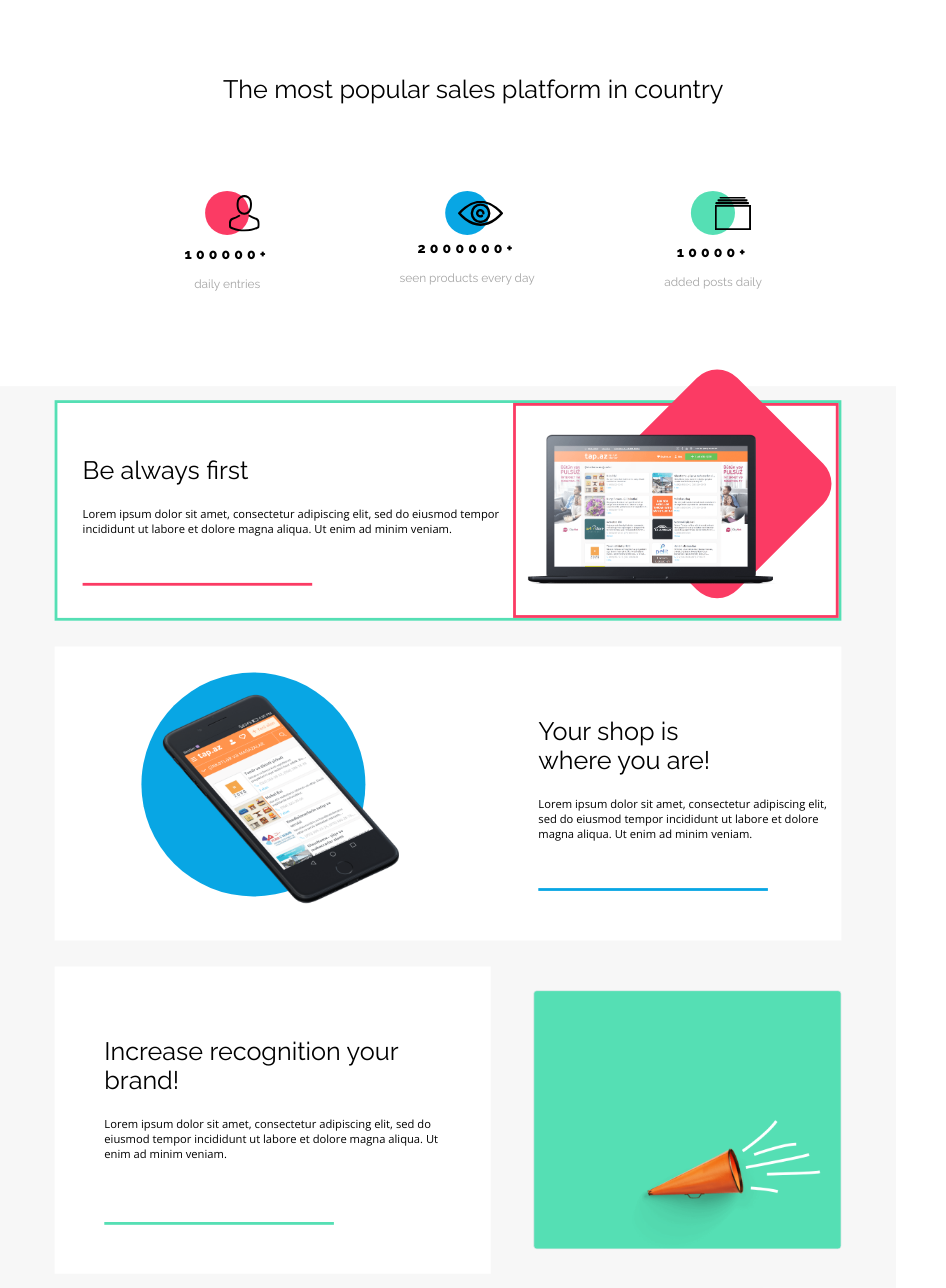
Repository: Widzisz/bestshop-website
Page: index.html
These files come from the project's save history. The page is drawn as it stood at one moment and after the next save; the edit follows.
The browser window is 1280 px wide. The page is 1352 px wide, so the pictures cover 1352 px, including what lies to the right of the window. The pictures show the part of the page from y = 714 to 2554 px (the page is 2554 px tall), at 70% of full size.

Above is the page before, as saved 2021-03-20 11:12:26.

### index.html
<!DOCTYPE html>
<html lang="en">

<head>
  <meta charset="UTF-8">
  <meta http-equiv="X-UA-Compatible" content="IE=edge">
  <meta name="viewport" content="width=device-width, initial-scale=1.0">
  <link rel="preconnect" href="https://fonts.gstatic.com">
  <link
    href="https://fonts.googleapis.com/css2?family=Open+Sans:ital,wght@0,300;0,400;0,600;0,700;0,800;1,300;1,400;1,600;1,700;1,800&family=Raleway:ital,wght@0,100;0,200;0,300;0,400;0,500;0,600;0,700;0,800;0,900;1,100;1,200;1,300;1,400;1,500;1,600;1,700;1,800;1,900&display=swap"
    rel="stylesheet">
  <title>BestShop</title>
  <link rel="stylesheet" href="css/normalize.css">
  <link rel="stylesheet" href="css/style.css">
</head>

<body>
  <div class="hero">
    <!--!!! HEADER + NAV !!!-->
    <header class="header">
      <div class="container">

        <div class="logo">
          <a href="" class="logo__title">
            BestShop
          </a>
        </div>

        <nav class="menu">
          <ul class="menu__list">
            <li><a href="">WHY US</a></li>
            <li><a href="">BENEFITS</a></li>
            <li><a href="">PRICES</a></li>
            <li><a href="">CONTACT</a></li>
          </ul>
        </nav>

      </div>
    </header>

    <!--!!! SEKCJA PIERWSZA !!!-->
    <section class="welcome">
      <div class="welcome__rows">
        <h1 class="welcome__rows-title">
          Sell More
        </h1>
        <p class="welcome__rows-text">
          Open shop on our platform and increase your sales
        </p>
        <div class="welcome__rows-btn">
          <a href="" class="welcome__rows-btn-1">
            Open your shop
          </a>
        </div>
      </div>
    </section>

    <!--!!! SEKCJA DRUGA !!!-->
    <section class="container">
      <div class="statistics">
        <h2 class="statistics__title">
          The most popular sales platform in country
        </h2>

        <div class="statistics__rows">

          <div class="statistics__rows-1">
            <div class="statistics__rows-picture">
              <div class="statistics__rows-circle-1">
              </div>
              <img src="images/person.svg" alt="" class="statistics-icon-1">
            </div>
            <p class="statistics__rows-numbers">
              100000+
            </p>
            <p class="statistics__rows-text">
              daily entries
            </p>
          </div>

          <div class="statistics__rows-2">
            <div class="statistics__rows-picture">
              <div class="statistics__rows-circle-2">
              </div>
              <img src="images/eye.svg" alt="" class="statistics-icon-2">
            </div>
            <p class="statistics__rows-numbers">
              2000000+
            </p>
            <p class="statistics__rows-text">
              seen products every day
            </p>
          </div>

          <div class="statistics__rows-3">
            <div class="statistics__rows-picture">
              <div class="statistics__rows-circle-3">
              </div>
              <img src="images/catalog.svg" alt="" class="statistics-icon-3">
            </div>
            <p class="statistics__rows-numbers">
              10000+
            </p>
            <p class="statistics__rows-text">
              added posts daily
            </p>
          </div>


        </div>
      </div>
    </section>


    <!--!!! SEKCJA TRZECIA !!!-->
    <div class="hero-2">
      <section class="container-2">

        <div class="promotion-1">
          <div class="promotion__image-1">
            <div class="promotion__picture">
              <img src="images/macbook.png" alt="" class="promotion__picture-1">
            </div>
            <div class="promotion__image-figure-1">
            </div>
          </div>
          <div class="text__rows">
            <h2 class="text__rows-title">
              Be always first
            </h2>
            <p class="text__rows-text">
              Lorem ipsum dolor sit amet, consectetur adipiscing elit, sed do eiusmod tempor incididunt ut labore et
              dolore magna aliqua. Ut enim ad minim veniam.
            </p>
            <div class="text__rows-underline-1">
            </div>
          </div>
        </div>

        <div class="promotion-2">
          <div class="promotion__image-2">
            <div class="promotion__picture">
              <img src="images/iphone.png" alt="" class="promotion__picture-2">
            </div>
            <div class="promotion__image-figure-2">
            </div>
          </div>
          <div class="text__rows-2">
            <h2 class="text__rows-title-2">
              Your shop is where you are!
            </h2>
            <p class="text__rows-text">
              Lorem ipsum dolor sit amet, consectetur adipiscing elit, sed do eiusmod tempor incididunt ut labore et
              dolore magna aliqua. Ut enim ad minim veniam.
            </p>
            <div class="text__rows-underline-2">
            </div>
          </div>
        </div>



        <div class="promotion-3">

          <div class="promotion-3__container">
            <div class="text__rows">
              <h2 class="text__rows-title-3">
                Increase recognition your brand!
              </h2>
              <p class="text__rows-text-3">
                Lorem ipsum dolor sit amet, consectetur adipiscing elit, sed do eiusmod tempor incididunt ut labore et
                dolore magna aliqua. Ut enim ad minim veniam.
              </p>
              <div class="text__rows-underline-3">
              </div>
            </div>
          </div>



          <div class="promotion__image-3">
            <div class="promotion__picture">
              <img src="images/trumpet.png" alt="" class="promotion__picture-3">
            </div>
            <div class="promotion__image-figure-3">
            </div>
          </div>
        </div>



      </section>
    </div>

  </div>

  </div>




</body>

</html>

### css/style.css
:root {
  --c-primary: #08a6e4;
  --c-primary-shadow: rgba(7, 172, 230, 0.16);
  --c-redish: #fb3b64;
  --c-green: #55dfb4;
  --c-black: #000000;
  --c-grey: #a5a5a5;
  --c-light-grey: #f7f7f7;
  --c-white: #ffffff;
  --font-open: "Open Sans", sans-serif;
  --font-raleway: "Raleway", sans-serif;
  --cursor-pointer: pointer;
}

html {
}

* {
  box-sizing: border-box;
}
body {
  margin: 0;
}

.container {
  width: 1352px;
  margin: 0 auto;
  padding-left: 10px;
  padding-right: 10px;
}

/* -------------------------------------------------------------------------
                           NAGŁÓWEK
------------------------------------------------------------------------- */
.hero {
  width: 100%;
  height: 100vh;
  background-color: var(--c-white);
}

.header {
  width: 100%;
  height: 70px;
  background-color: var(--c-white);
  box-shadow: 0px 3px 6px #00000029;
  opacity: 1;
}

.header .container {
  height: 100%;
  display: flex;
  justify-content: space-between;
  align-items: center;
}

.logo {
}

.logo__title {
  text-align: left;
  text-decoration: none;
  color: var(--c-primary);
  letter-spacing: 0px;
  opacity: 1;
  font: normal normal 300 32px/37px var(--font-raleway);
  cursor: var(--cursor-pointer);
}

.menu {
}
.menu__list {
  list-style-type: none;
  display: flex;
}
.menu__list a {
  padding: 0 50px;
  text-decoration: none;
  text-align: center;
  font: normal normal bold 11px/15px var(--font-open);
  letter-spacing: 3.28px;
  color: var(--c-black);
  opacity: 1;
  position: relative;
}

.menu__list a::before {
  content: "";
  position: absolute;
  width: 100%;
  height: 4px;
  top: 40px;
  left: 0;
  background-color: var(--c-primary);
  visibility: hidden;
  transform: scaleX(0);
  transition: all 0.3s ease-in-out 0s;
}

.menu__list a:hover::before {
  visibility: visible;
  transform: scaleX(0.5);
}

/* -------------------------------------------------------------------------
                           SEKCJA PIERWSZA
------------------------------------------------------------------------- */
.welcome {
  height: 100vh;
  background-image: url(../images/background.png);
  background-repeat: no-repeat;
  background-size: contain;
  background-position: center;
}

.welcome__rows {
  display: flex;
  justify-content: center;
  align-items: center;
  flex-direction: column;
  padding-bottom: 100px;
}

.welcome__rows-title {
  text-align: center;
  font: normal normal normal 49px/57px var(--font-raleway);
  letter-spacing: 0px;
  color: var(--c-black);
  opacity: 1;
}

.welcome__rows-text {
  text-align: center;
  font: normal normal normal 16px/22px var(--font-open);
  letter-spacing: 0px;
  color: var(--c-black);
  opacity: 1;
}

.welcome__rows-btn {
  margin-top: 20px;
  padding: 20px 180px;
  background: var(--c-primary);
  box-shadow: 5px 10px 14px #07ace629;
  border-radius: 40px;
  opacity: 1;
}

.welcome__rows-btn-1 {
  font: normal normal bold 16px/22px var(--font-open);
  text-align: center;
  letter-spacing: 0px;
  background: var(--c-primary);
  color: var(--c-white);
  text-decoration: none;
}

/* -------------------------------------------------------------------------
                           SEKCJA DRUGA
------------------------------------------------------------------------- */

.statistics {
  display: flex;
  justify-content: center;
  align-items: center;
  flex-direction: column;
}
.statistics__title {
  text-align: center;
  font: normal normal normal 36px/42px var(--font-raleway);
  letter-spacing: 0px;
  color: var(--c-black);
  opacity: 1;
  padding-bottom: 101px;
}

.statistics__rows {
  display: flex;
  justify-content: center;
  align-items: center;
  gap: 185px;
  padding-bottom: 120px;
}

.statistics__rows-picture {
  display: flex;
  justify-content: center;
  align-items: center;
}

.statistics__rows-circle-1 {
  height: 63px;
  width: 63px;
  background: var(--c-redish);
  border-radius: 50%;
  opacity: 1;
  position: absolute;
  z-index: 0;
}

.statistics__rows-circle-2 {
  height: 63px;
  width: 63px;
  background: var(--c-primary);
  border-radius: 50%;
  opacity: 1;
  position: absolute;
  z-index: 0;
}

.statistics__rows-circle-3 {
  height: 63px;
  width: 63px;
  background: var(--c-green);
  border-radius: 50%;
  opacity: 1;
  position: absolute;
  z-index: 0;
}

.statistics-icon-1 {
  position: relative;
  left: 20%;
  z-index: 1;
}

.statistics-icon-2 {
  position: relative;
  left: 10%;
  z-index: 1;
}

.statistics-icon-3 {
  position: relative;
  left: 20%;
  z-index: 1;
}

.statistics__rows-numbers {
  text-align: center;
  font: normal normal 800 20px/24px var(--font-raleway);
  letter-spacing: 5.96px;
  color: var(--c-black);
  opacity: 1;
}

.statistics__rows-text {
  text-align: center;
  font: normal normal normal 17px/20px var(--font-raleway);
  letter-spacing: 0px;
  color: var(--c-grey);
  opacity: 1;
}

/* -------------------------------------------------------------------------
                             SEKCJA TRZECIA
------------------------------------------------------------------------- */

.hero-2 {
  width: 100%;
  min-height: 100vh;
  background: var(--c-light-grey);
  padding: 20px;
  display: flex;
  justify-content: center;

}

.container-2 {
  width: 1124px;

}

.promotion-1 {
  display: flex;
  justify-content: space-between;
  align-items: center;
  flex-direction: row-reverse;
  background: var(--c-white);
  border: 4px solid var(--c-green);
}

.promotion__image-1 {
  padding-right: 71px;
  padding-bottom: 38px;
  padding-top: 38px;
  display: flex;
  justify-content: center;
  align-items: center;
  position: relative;
  border: 4px solid var(--c-redish);
}
.promotion__picture {
}
.promotion__picture-1 {
  width: 386px;
  height: 219px;
  position: relative;
  z-index: 1;
}

.promotion__image-figure-1 {
  background-color: var(--c-redish);
  width: 255px;
  height: 255px;
  border-radius: 41px;
  opacity: 1;
  transform: rotate(45deg);
  position: absolute;
  bottom: 60px;
  left: 160px;
  z-index: 0;
}

.text__rows {
  padding-left: 36px;
}

.text__rows-title {
  text-align: left;
  font: normal normal normal 36px/42px var(--font-raleway);
  letter-spacing: 0px;
  color: var(--c-black);
  opacity: 1;
}
.text__rows-text {
  text-align: left;
  font: normal normal normal 16px/22px var(--font-open);
  letter-spacing: 0px;
  color: var(--c-black);
  opacity: 1;
}
.text__rows-underline-1 {
  width: 328px;
  height: 0px;
  border-bottom: 4px solid var(--c-redish);
  padding-top: 50px;
  opacity: 1;
}

.promotion-2 {
  margin: 37px 0;
  display: flex;
  justify-content: space-between;
  align-items: center;
  background: var(--c-white);
  gap: 194px;
}

.promotion__image-2 {
  padding-left: 71px;
  padding-bottom: 38px;
  padding-top: 12px;
  display: flex;
  justify-content: center;
  align-items: center;
  position: relative;
}

.promotion__picture-2 {
  width: 426px;
  height: 328px;
  position: relative;
  top: 30px;
  left: 50px;
  z-index: 1;
}

.promotion__image-figure-2 {
  width: 320px;
  height: 320px;
  background: var(--c-primary);
  border-radius: 50%;
  position: absolute;
  z-index: 0;
}

.text__rows-underline-2 {
  width: 328px;
  height: 0px;
  border-bottom: 4px solid var(--c-primary);
  padding-top: 50px;
}

.text__rows-2 {
  padding-right: 20px;
  padding-bottom: 71px;
  padding-top: 69px;
}

.text__rows-title-2 {
  width: 246px;
  text-align: left;
  font: normal normal normal 36px/42px var(--font-raleway);
  letter-spacing: 0px;
  color: var(--c-black);
  opacity: 1;
}

.promotion-3 {
  display: flex;
  justify-content: space-between;
  align-items: center;
  column-gap: 61px;
}

.promotion-3__container {
  width: 623px;
  padding: 69px 34px 70px 35px;
  display: flex;
  justify-content: center;
  align-items: center;
  background-color: var(--c-white);
}

.text__rows-title-3 {
  text-align: left;
  font: normal normal normal 36px/42px var(--font-raleway);
  letter-spacing: 0px;
  color: var(--c-black);
}

.text__rows-text-3 {
  text-align: left;
  font: normal normal normal 16px/22px var(--font-open);
  letter-spacing: 0px;
  color: var(--c-black);
}

.text__rows-underline-3 {
  width: 328px;
  height: 0px;
  border-bottom: 4px solid var(--c-green);
  padding-top: 70px;
}

.promotion__image-3 {
  display: flex;
  justify-content: flex-end;
  align-items: center;
  position: relative;
}

.promotion__picture-3 {
  width: 296px;
  height: 208px;
  background: transparent;
  position: absolute;
  right: 30px;

  z-index: 1;

}

.promotion__image-figure-3 {
  width: 440px;
  height: 370px;
  background: var(--c-green);
  border-radius: 5px;
  border: 1px solid #e8e9ed;
  position: relative;
  z-index: 0;
}

Loaded but not shown: css/normalize.css (library)

After the next save:
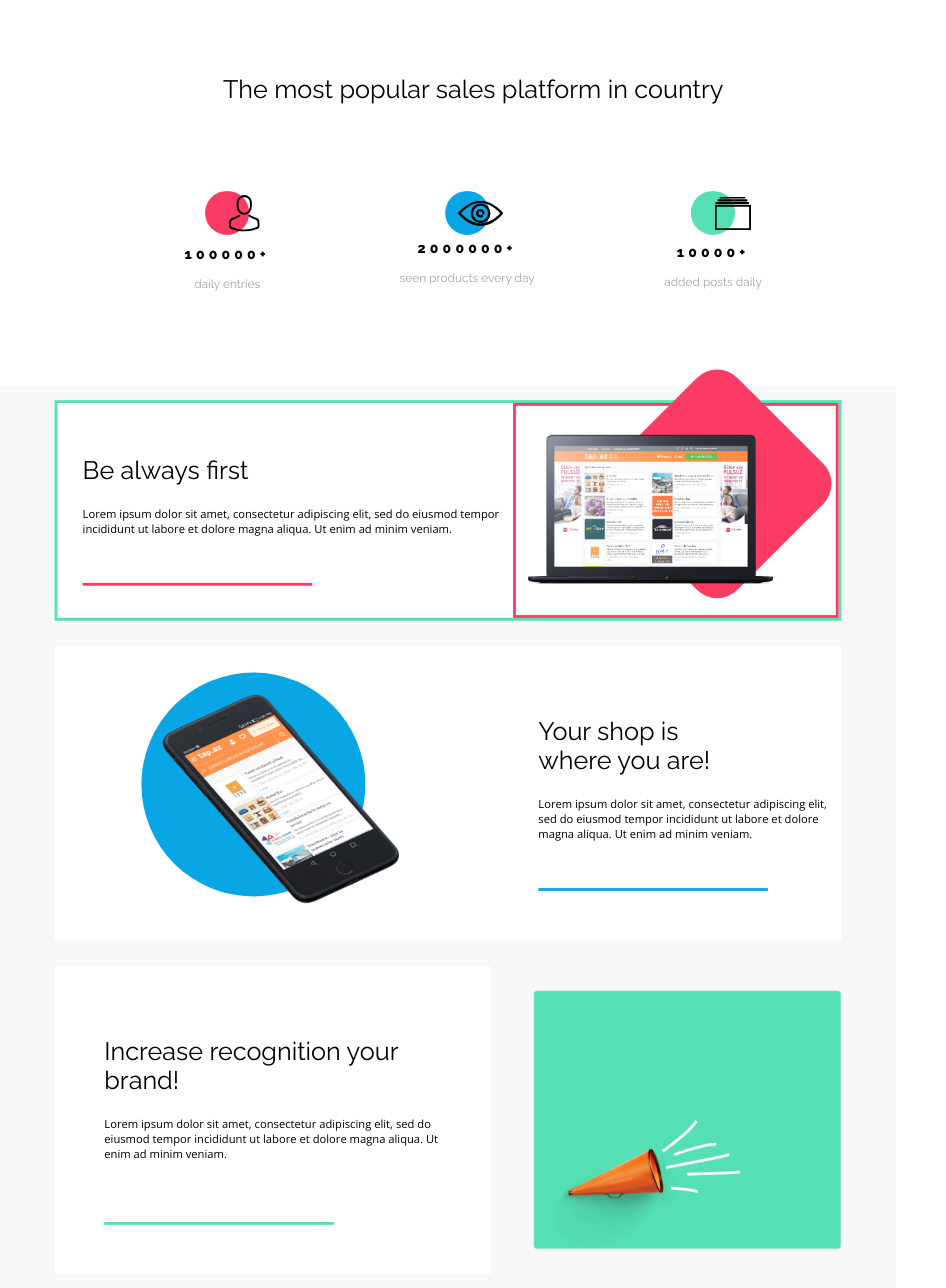
Saved 13 s later.
--- a/css/style.css
+++ b/css/style.css
@@ -445,7 +445,7 @@ body {
   height: 208px;
   background: transparent;
   position: absolute;
-  right: 30px;
+
 
   z-index: 1;
 
